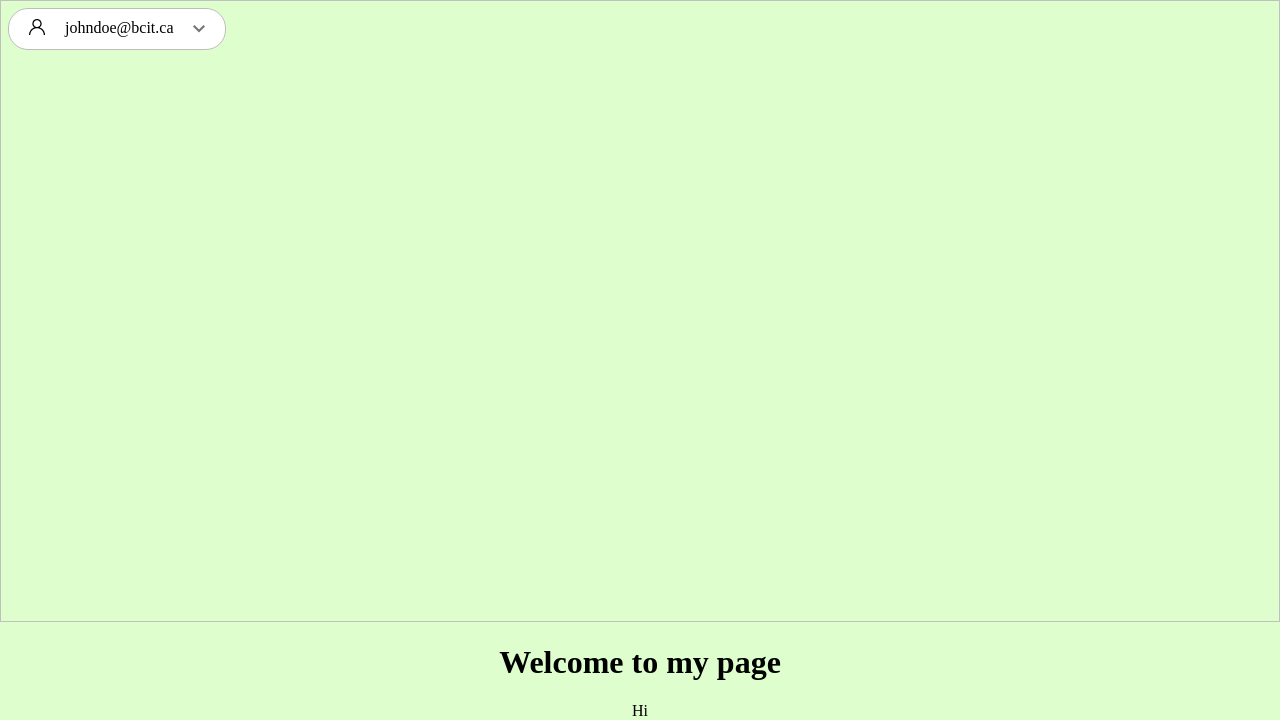
Repository: yafugray/practicemdia3126
Page: /
These files come from the project's save history. The page is drawn as it stood at one moment and after the next save; the edit follows.
The browser window is 1280 px wide. The pictures show the whole page.
The project was rebuilt for these pictures with package versions that can differ from the ones it lists, and the page was loaded fresh each time. The framework's server and built-in components were replaced by stand-ins that run in the browser.

Above is the page before, as saved 2020-12-19 00:38:03.

After the next save:
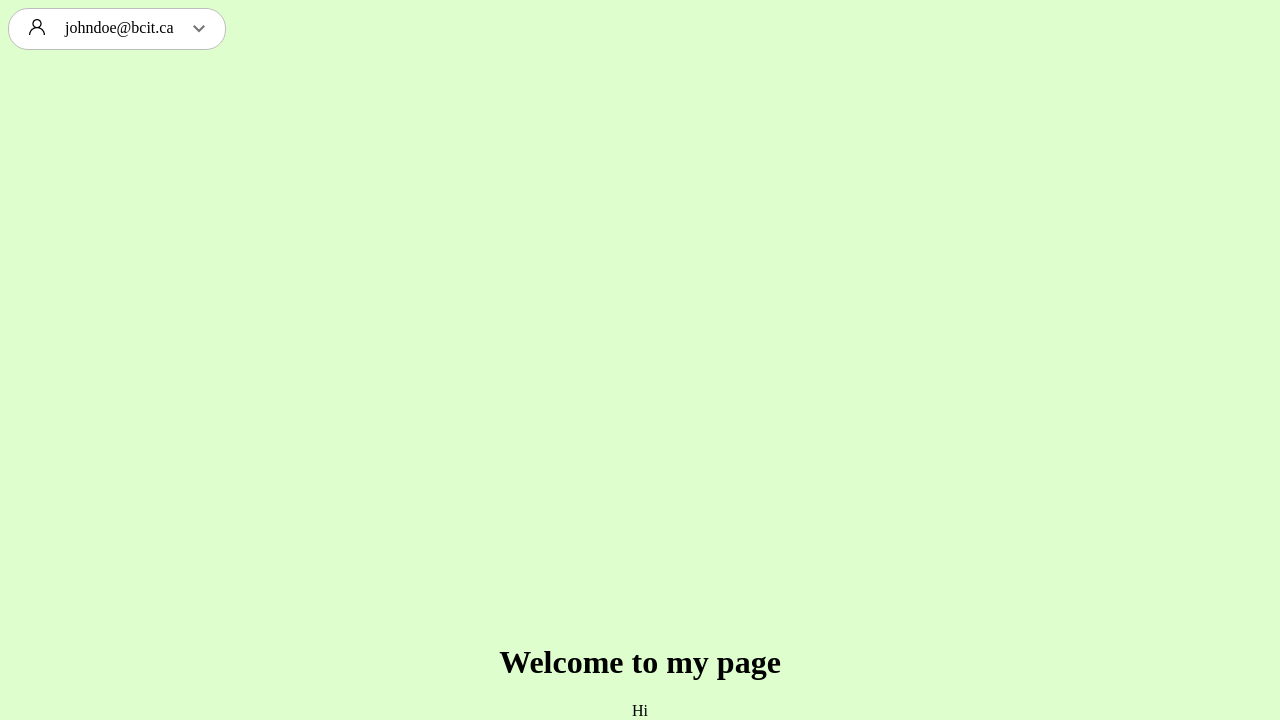
Saved 107 s later.
--- a/comps/Content/index.js
+++ b/comps/Content/index.js
@@ -11,7 +11,7 @@ const Container = styled.div`
     min-height:10px;
 `;
 
-const ImgContainer = styled.img`
+const ImgContainer = styled.div`
     width:100%;
     height:100%;
     min-width:400px;
